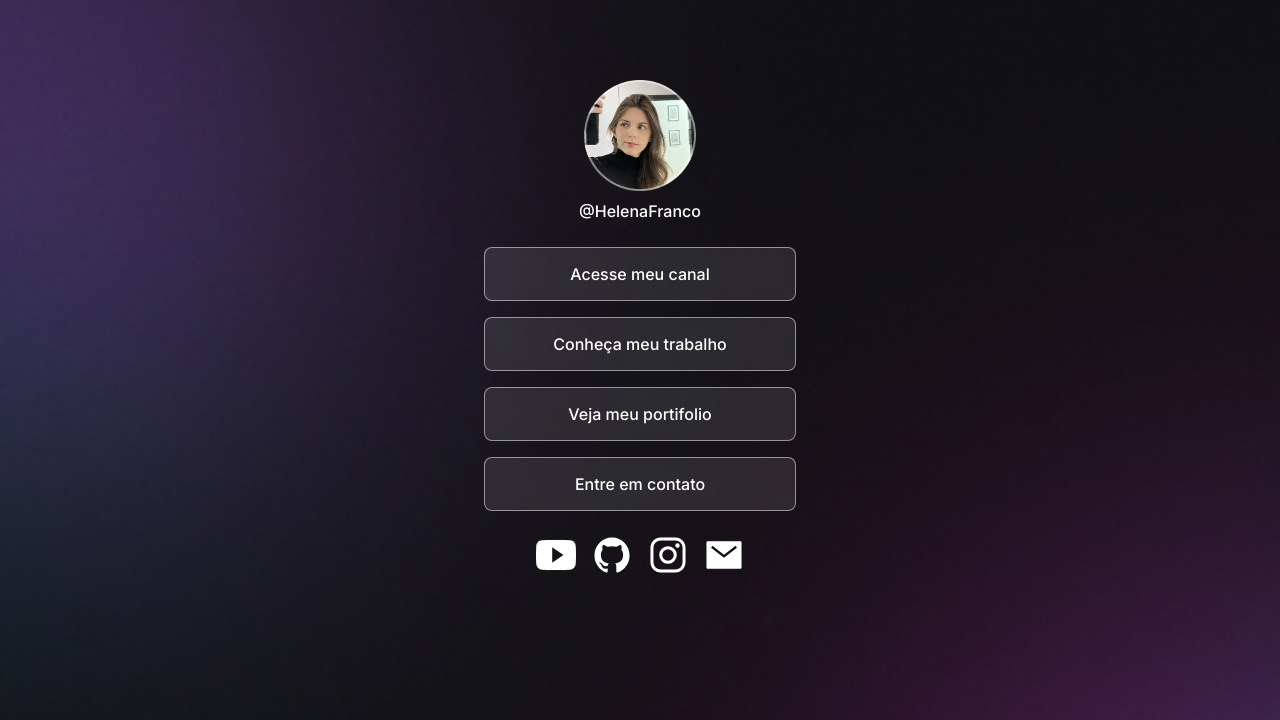
Repository: Fr4nc021/Pagina-de-links-
Page: index.html
The author's editor kept a copy of each file at every save. The page is drawn from the files as they stood at one save, then again after the next save.
The browser window is 1280 px wide. The pictures show the whole page.

Above is the page before, as saved 2025-02-13 20:14:15.

After the next save:
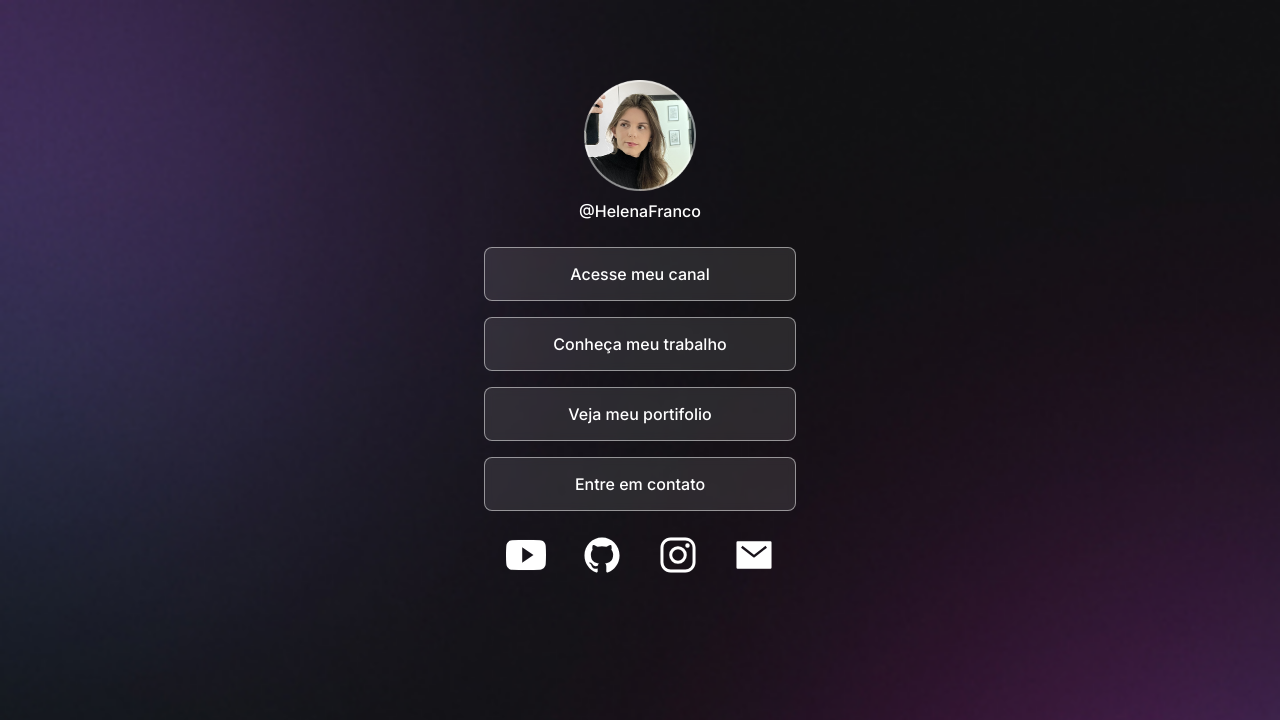
Saved 7 s later.
--- a/style.css
+++ b/style.css
@@ -79,7 +79,7 @@ ul li a {
     #social-links {
         display: flex;
         justify-content: center;
-        gap: 16px;
+        gap: 36px;
         margin-top: 24px;
         font-size:40px;
     }
